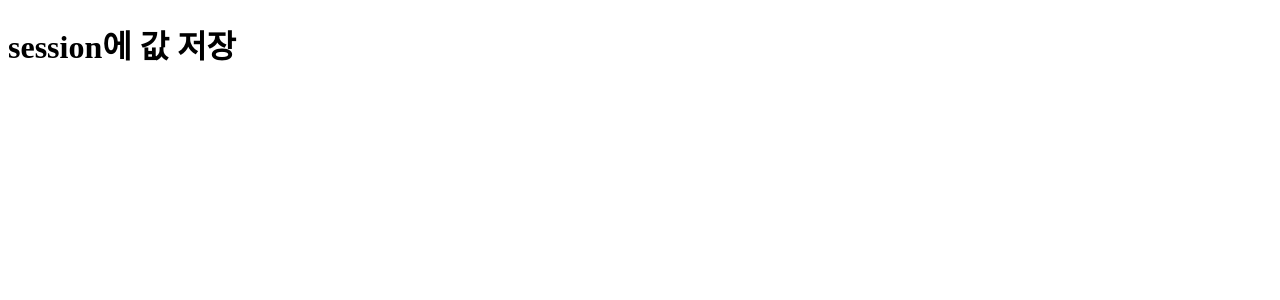
Repository: pencil-HB/SSAFY_Backend
Page: http://localhost/BackendProject/session/sessionProcess.jsp
An editor plug-in stored every save of this project. The page is shown before and after the next save, followed by the edit.
The browser window is 1280 px wide. The pictures show the whole page.
The page is served by Tomcat 10. Other server files are loaded and not shown.

Above is the page before, as saved 2024-09-26 05:57:11.

### BackendProject/src/main/webapp/session/sessionProcess.jsp
<%@ page language="java" contentType="text/html; charset=utf-8"
    pageEncoding="utf-8" import="java.util.ArrayList"%>
<!DOCTYPE html>
<html>
<head>
<meta charset="utf-8">
<title>Insert title here</title>
</head>
<body>
<%-- 1.login.jsp에서 넘어온 파라메터 받기
	 2. 받아온 값을 세션에 저장하기
	 3. 링크 눌러서 sessionCheck.jsp 로 넘어가기
--%>
<h1>session에 값 저장</h1>

<%
	String id = request.getParameter("id");
	String pw = request.getParameter("pw");

	ArrayList<String> color = new ArrayList();
	color.add("red");
	color.add("blue");
	color.add("white");

	session.setAttribute("color", color);
%>
</body>
</html>

After the next save:
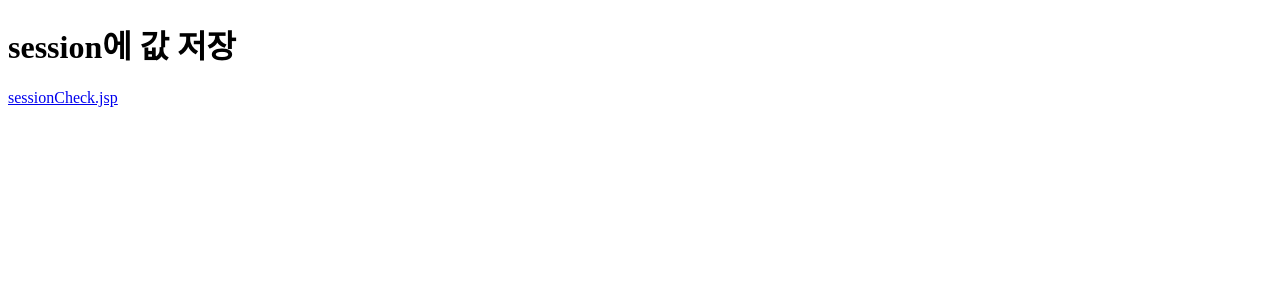
Saved 38 s later.
--- a/BackendProject/src/main/webapp/session/sessionProcess.jsp
+++ b/BackendProject/src/main/webapp/session/sessionProcess.jsp
@@ -24,5 +24,7 @@
 
 	session.setAttribute("color", color);
 %>
+
+<a href="sessionCheck.jsp">sessionCheck.jsp</a>
 </body>
 </html>
